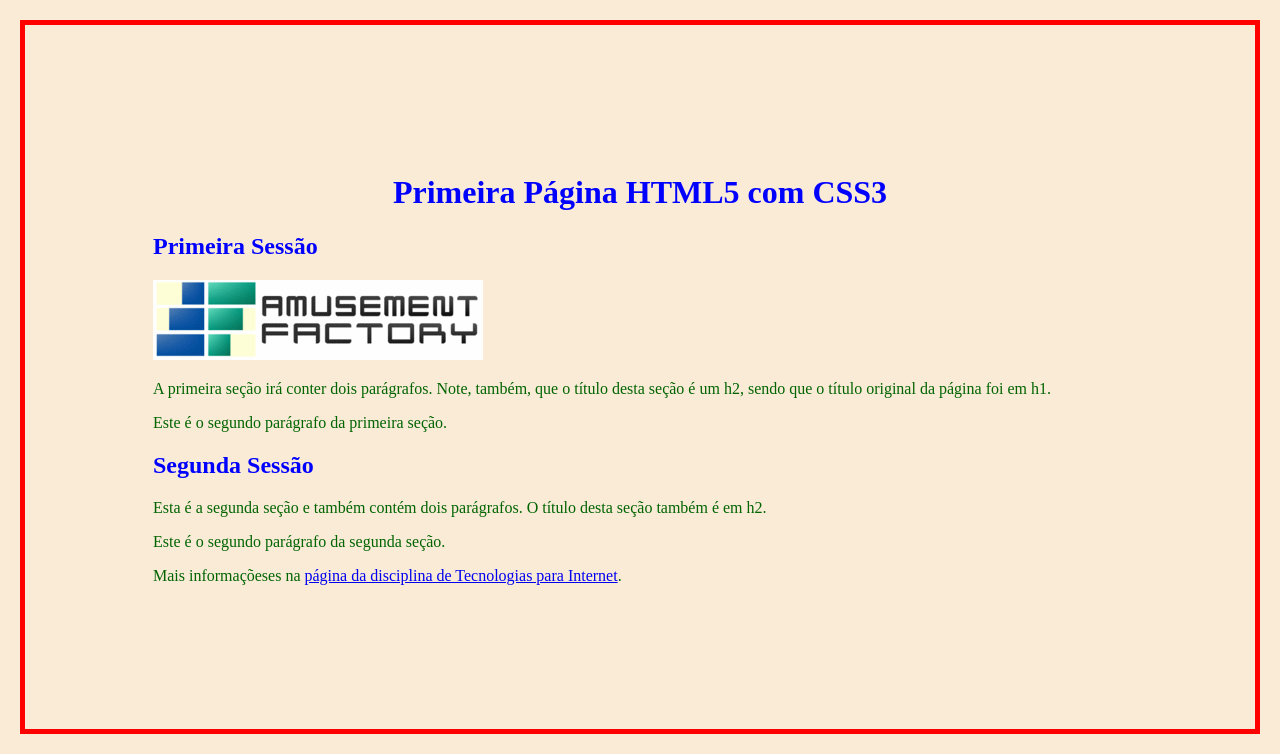
Repository: joao-laercio/DevWeb_BackEnd
Page: Aula_data_08/index2.html
The author's editor kept a copy of each file at every save. The page is drawn from the files as they stood at one save, then again after a run of saves.
The browser window is 1280 px wide. The pictures show the whole page.

Above is the page before, as saved 2022-07-08 16:32:49.

### Aula_data_08/index2.html
<!DOCTYPE html>
<html lang="pt-BR">
<head>
	<meta charset="UTF-8" />
	<title>Primeira Página Web HTML5 e CSS3</title>
	<link rel="stylesheet"href="estilo.css">
</head>
<body>
	<h1>Primeira P&aacute;gina HTML5 com CSS3</h1>
	<h2>Primeira Sessão</h2>

	<p><img src="aflogo_horiz.gif"
		width="330" height="80" title="Empresa do professor"
		alt="Amusement Factory Logo" />
	</p>
	<p>	A primeira seção irá conter dois parágrafos. Note, também,
		que o título desta seção é um h2, sendo que o título original
		da página foi em h1.
	</p>
	<p>	Este é o segundo parágrafo da primeira seção.
	</p>


	<h2>Segunda Sessão</h2>
	<p>	Esta é a segunda seção e também contém dois parágrafos. O título
		desta seção também é em h2.
	</p>
	<p>	Este é o segundo parágrafo da segunda seção.
	</p>


	<p>	Mais informaçõeses na
		<a href="http://www.caeano.eng.br/">página da
			disciplina de Tecnologias para Internet</a>.
	</p>
</body>
</html>

### Aula_data_08/estilo.css
h1, h2 {
    color: blue;
}
body {
    background-color: antiquewhite;
    padding: 10%;
    margin: 20px;
    border: 5px solid red;

}
 p {
    color: darkgreen;
 }

 h1 {
    text-align: center;
 }
 h1 {
    border-color: blue;

After the next 2 saves:
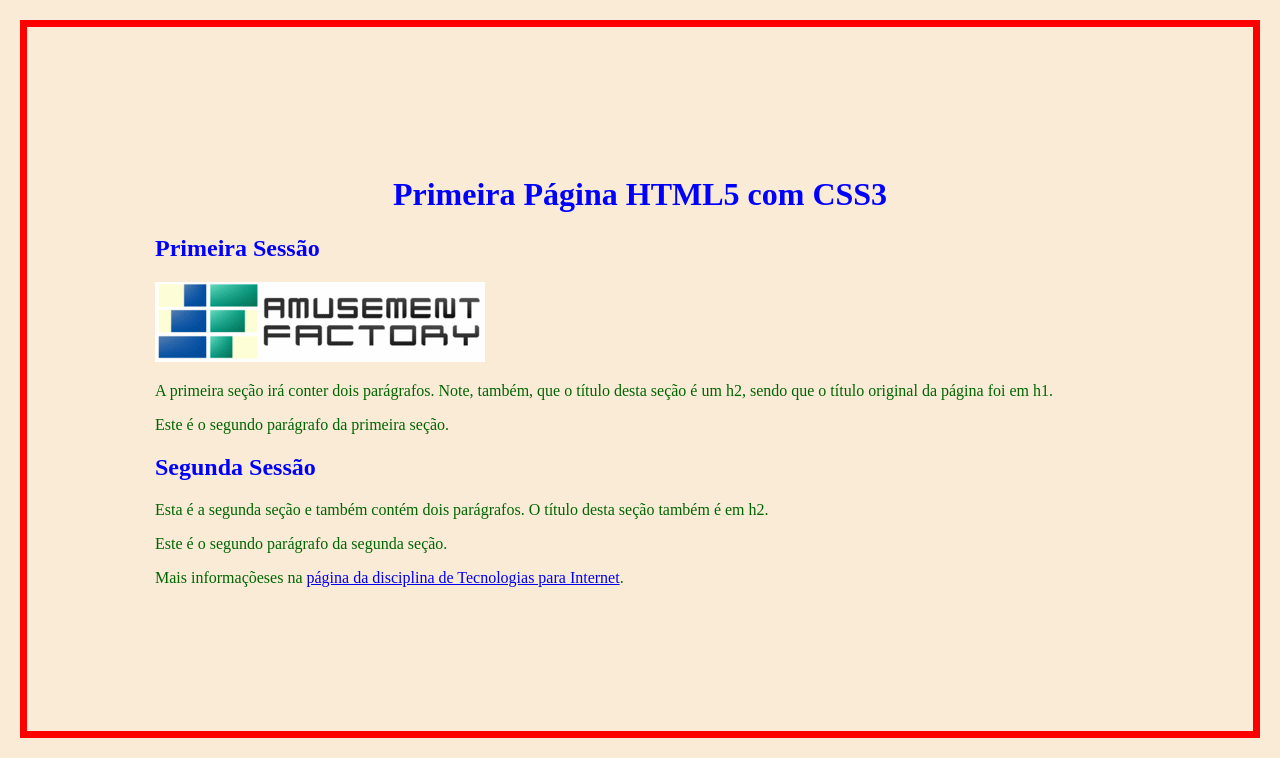
The 2 saves are shown as one change because they came seconds apart.
The last was saved 13 s later.
--- a/Aula_data_08/estilo.css
+++ b/Aula_data_08/estilo.css
@@ -5,7 +5,7 @@
     background-color: antiquewhite;
     padding: 10%;
     margin: 20px;
-    border: 5px solid red;
+    border: 7px solid red;
 
 }
  p {
